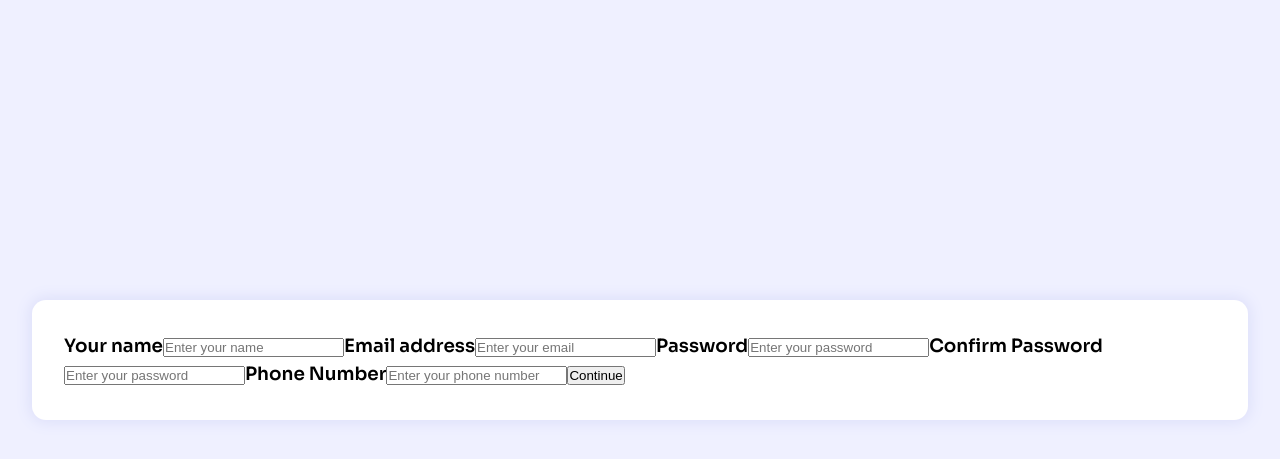
Repository: ducanhaep/react-form-formik-yup
Page: /
These files come from the project's save history. The page is drawn as it stood at one moment and after a run of saves; the edit follows.
The browser window is 1280 px wide. The pictures show the whole page.
The project was rebuilt for these pictures with package versions that can differ from the ones it lists, and the page was loaded fresh each time. Also part of the build but not shown: src/components/signup.css.

Above is the page before, as saved 2022-03-22 20:30:23.

### public/index.html
<!DOCTYPE html>
<html lang="en">

<head>
  <meta charset="utf-8" />
  <link rel="icon" href="%PUBLIC_URL%/favicon.ico" />
  <meta name="viewport" content="width=device-width, initial-scale=1" />
  <meta name="theme-color" content="#000000" />
  <meta name="description" content="Web site created using create-react-app" />
  <link href="https://fonts.googleapis.com/css2?family=Sora:wght@600;700;800&display=swap" rel="stylesheet" />
  <link rel="apple-touch-icon" href="%PUBLIC_URL%/logo192.png" />
  <!--
      manifest.json provides metadata used when your web app is installed on a
      user's mobile device or desktop. See https://developers.google.com/web/fundamentals/web-app-manifest/
    -->
  <link rel="manifest" href="%PUBLIC_URL%/manifest.json" />
  <!--
      Notice the use of %PUBLIC_URL% in the tags above.
      It will be replaced with the URL of the `public` folder during the build.
      Only files inside the `public` folder can be referenced from the HTML.

      Unlike "/favicon.ico" or "favicon.ico", "%PUBLIC_URL%/favicon.ico" will
      work correctly both with client-side routing and a non-root public URL.
      Learn how to configure a non-root public URL by running `npm run build`.
    -->
  <title>React App</title>
</head>

<body>
  <noscript>You need to enable JavaScript to run this app.</noscript>
  <div id="root"></div>
  <!--
      This HTML file is a template.
      If you open it directly in the browser, you will see an empty page.

      You can add webfonts, meta tags, or analytics to this file.
      The build step will place the bundled scripts into the <body> tag.

      To begin the development, run `npm start` or `yarn start`.
      To create a production bundle, use `npm run build` or `yarn build`.
    -->
</body>

</html>

### src/App.js
import "./App.css";
import SignupForm from "./components/SignupForm";

function App() {
  return (
    <div className="App">
      <SignupForm></SignupForm>
    </div>
  );
}

export default App;

### src/App.css
*,
*::before,
*::after {
  box-sizing: border-box;
  padding: 0;
  margin: 0;
}
header {
  font-size: 1.5rem;
  color: rgb(119, 119, 252);
  font-weight: 700;
  text-align: center;
}
body {
  font-family: "Sora", sans-serif;
  display: flex;
  justify-content: center;
  align-items: center;
  min-height: 100vh;
  background-color: rgb(239, 240, 255);
  scroll-behavior: smooth;
  text-rendering: optimizeSpeed;
  line-height: 1.5;
  padding: 1rem 2rem 1rem 2rem;
  font-size: 1.15rem;
}
.App {
  background-color: white;
  padding: 2rem;
  min-width: 500px;
  border-radius: 14px;
  box-shadow: 0px 0px 14px 3px rgb(222, 224, 250);
}

### src/components/SignupForm.jsx
import { useState } from "react";
import { useFormik } from "formik";
import * as Yup from "yup";
import "./signup.css";
const SignupForm = () => {
  const validate = (values) => {
    const errors = {};
    if (!values.email) {
      errors.email = "Required";
    } else if (values.email.length > 6) {
      errors.email = "Must be 6 characters or less";
    }

    return errors;
  };
  const formik = useFormik({
    initialValues: {
      email: "",
      name: "",
      phone: "",
      password: "",
      confirmedPassword: "",
    },
    // validate,
    validationSchema: Yup.object({
      name: Yup.string()
        .required("Required")
        .min(4, "Must be 4 characters or more"),
      email: Yup.string()
        .required("Required")
        .matches(
          /^[\w-\.]+@([\w-]+\.)+[\w-]{2,4}$/,
          "Please enter a valid email address"
        ),
      password: Yup.string()
        .required("Required")
        .matches(
          /^(?=.*[a-zA-Z])(?=.*\d)(?=.*[!@#$%^&*()_+])[A-Za-z\d][A-Za-z\d!@#$%^&*()_+]{7,19}$/,
          "Password must be 7-19 characters and contain at least one letter, one number and a special character"
        ),
      confirmedPassword: Yup.string()
        .required("Required")
        .oneOf([Yup.ref("password"), null], "Password must match"),
      phone: Yup.string()
        .required("Required")
        .matches(
          /^(\+\d{1,2}\s)?\(?\d{3}\)?[\s.-]?\d{3}[\s.-]?\d{4}$/,
          "Must be a valid phone number"
        ),
    }),
    onSubmit: (values) => {
      window.alert("Form submitted");
      console.log(values);
    },
  });

  return (
    <section>
      <form className="infoform" onSubmit={formik.handleSubmit}>
        <label htmlFor="">Your name</label>
        <input
          type="text"
          id="name"
          placeholder="Enter your name"
          name="name"
          value={formik.values.name}
          onChange={formik.handleChange}
        />
        {formik.errors.name && <p className="errorMsg">{formik.errors.name}</p>}
        <label htmlFor="">Email address</label>
        <input
          type="email"
          id="email"
          placeholder="Enter your email"
          name="email"
          value={formik.values.email}
          onChange={formik.handleChange}
          onBlur={formik.handleBlur}
        />
        {formik.touched.email && formik.errors.email && (
          <p className="errorMsg">{formik.errors.email}</p>
        )}
        <label htmlFor="">Password</label>
        <input
          type="text"
          id="password"
          placeholder="Enter your password"
          name="password"
          value={formik.values.password}
          onChange={formik.handleChange}
        />
        {formik.errors.password && (
          <p className="errorMsg">{formik.errors.password}</p>
        )}
        <label htmlFor="">Confirm Password</label>
        <input
          type="text"
          id="confirmedPassword"
          placeholder="Enter your password"
          name="confirmedPassword"
          value={formik.values.confirmedPassword}
          onChange={formik.handleChange}
        />
        {formik.errors.confirmedPassword && (
          <p className="errorMsg">{formik.errors.confirmedPassword}</p>
        )}
        <label htmlFor="">Phone Number</label>
        <input
          type="text"
          id="phone"
          placeholder="Enter your phone number"
          name="phone"
          value={formik.values.phone}
          onChange={formik.handleChange}
        />
        {formik.errors.phone && (
          <p className="errorMsg">{formik.errors.phone}</p>
        )}
        <button type="submit">Continue</button>
      </form>
    </section>
  );
};
export default SignupForm;

Loaded but not shown: src/index.js (common file)

After the next 2 saves:
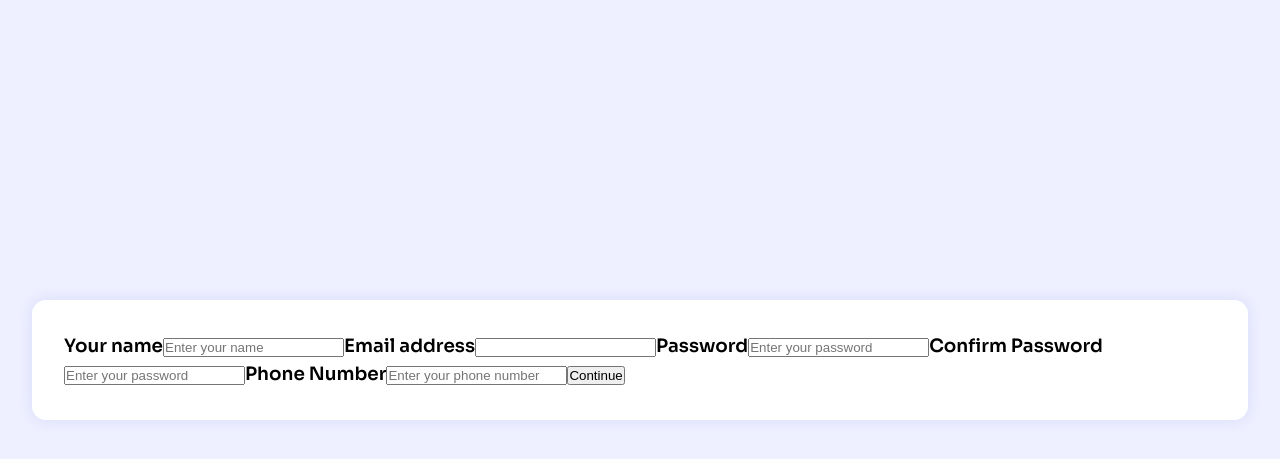
The 2 saves are shown as one change because 1 did not build or start.
The last was saved 21 min 2 s later.
--- a/src/components/SignupForm.jsx
+++ b/src/components/SignupForm.jsx
@@ -71,11 +71,12 @@
         <input
           type="email"
           id="email"
-          placeholder="Enter your email"
-          name="email"
-          value={formik.values.email}
-          onChange={formik.handleChange}
-          onBlur={formik.handleBlur}
+          // placeholder="Enter your email"
+          // name="email"
+          // value={formik.values.email}
+          // onChange={formik.handleChange}
+          // onBlur={formik.handleBlur}
+          {...formik.getFieldProps("email")}
         />
         {formik.touched.email && formik.errors.email && (
           <p className="errorMsg">{formik.errors.email}</p>

After the save that followed:
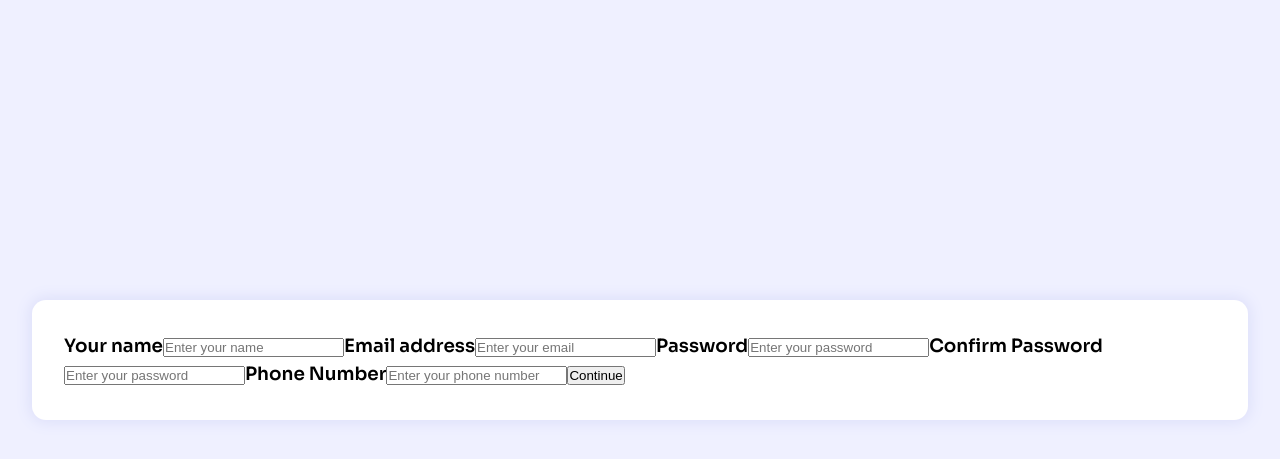
Saved 23 s later.
--- a/src/components/SignupForm.jsx
+++ b/src/components/SignupForm.jsx
@@ -71,7 +71,7 @@
         <input
           type="email"
           id="email"
-          // placeholder="Enter your email"
+          placeholder="Enter your email"
           // name="email"
           // value={formik.values.email}
           // onChange={formik.handleChange}
